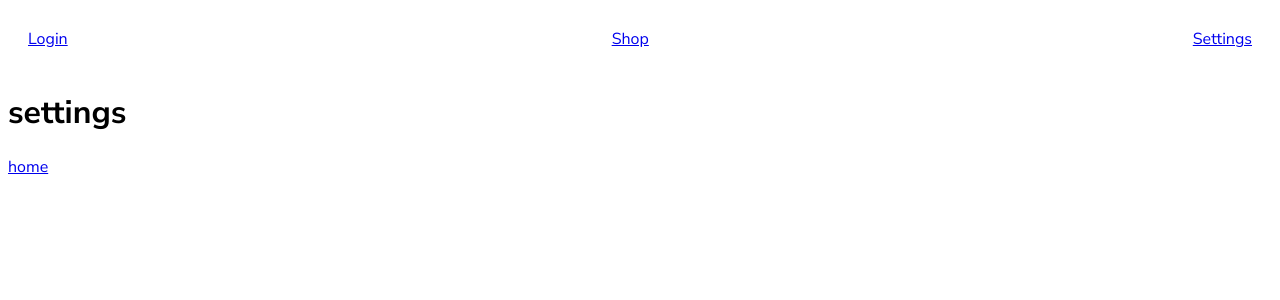
Repository: David-Waite/StudyTimer
Page: /settings
These files come from the project's save history. The page is drawn as it stood at one moment and after the next save; the edit follows.
The browser window is 1280 px wide. The pictures show the whole page.
The project was rebuilt for these pictures with package versions that can differ from the ones it lists, and the page was loaded fresh each time. Also part of the build but not shown: vite.config.js, src/views/LoginView.vue, src/stores/timer.js, src/components/TimerItem.vue, src/views/HomeView.vue, src/views/ShopView.vue, src/views/SignupView.vue.

Above is the page before, as saved 2024-04-17 17:59:02.

### src/main.js
import './assets/main.css'

import { createApp } from 'vue'
import { createPinia } from 'pinia'

import App from './App.vue'
import router from './router'
const app = createApp(App)

import { initializeApp } from 'firebase/app'
import { getFirestore } from 'firebase/firestore'
const firebaseConfig = {
  apiKey: 'AIzaSyDIrjlSH1FTxcHbbijQK5LTi-fJHY5x5Rc',
  authDomain: 'studytimer-24827.firebaseapp.com',
  projectId: 'studytimer-24827',
  storageBucket: 'studytimer-24827.appspot.com',
  messagingSenderId: '294964216380',
  appId: '1:294964216380:web:881cc678b0b004a550f939',
  measurementId: 'G-QZWGJ01WY5'
}

// Initialize Firebase app
initializeApp(firebaseConfig)

const firebaseApp = initializeApp(firebaseConfig)
const db = getFirestore(firebaseApp)

app.use(createPinia())

app.use(router)

app.mount('#app')
export default db

### src/App.vue
<script setup>
import { RouterView } from 'vue-router'
import NavItem from './components/NavItem.vue'
</script>

<template>
  <NavItem />
  <RouterView />
</template>

<style scoped></style>

### src/router/index.js
import { createRouter, createWebHistory } from 'vue-router'
import LoginView from '../views/LoginView.vue'
import HomeView from '@/views/HomeView.vue'
import ShopView from '@/views/ShopView.vue'
import SettingsView from '@/views/SettingsView.vue'
import SignupView from '@/views/SignupView.vue'

const router = createRouter({
  history: createWebHistory(import.meta.env.BASE_URL),
  routes: [
    {
      path: '/login',
      name: 'login',
      component: LoginView
    },
    {
      path: '/signup',
      name: 'signup',
      component: SignupView
    },
    {
      path: '/',
      name: 'home',
      component: HomeView
    },
    {
      path: '/shop',
      name: 'shop',
      component: ShopView
    },
    {
      path: '/settings',
      name: 'settings',
      component: SettingsView
    }
  ]
})

export default router

### src/assets/base.css
/* color palette from <https://github.com/vuejs/theme>
:root {
  --vt-c-white: #ffffff;
  --vt-c-white-soft: #f8f8f8;
  --vt-c-white-mute: #f2f2f2;

  --vt-c-black: #181818;
  --vt-c-black-soft: #222222;
  --vt-c-black-mute: #282828;

  --vt-c-indigo: #2c3e50;

  --vt-c-divider-light-1: rgba(60, 60, 60, 0.29);
  --vt-c-divider-light-2: rgba(60, 60, 60, 0.12);
  --vt-c-divider-dark-1: rgba(84, 84, 84, 0.65);
  --vt-c-divider-dark-2: rgba(84, 84, 84, 0.48);

  --vt-c-text-light-1: var(--vt-c-indigo);
  --vt-c-text-light-2: rgba(60, 60, 60, 0.66);
  --vt-c-text-dark-1: var(--vt-c-white);
  --vt-c-text-dark-2: rgba(235, 235, 235, 0.64);
}

/* semantic color variables for this project
:root {
  --color-background: var(--vt-c-white);
  --color-background-soft: var(--vt-c-white-soft);
  --color-background-mute: var(--vt-c-white-mute);

  --color-border: var(--vt-c-divider-light-2);
  --color-border-hover: var(--vt-c-divider-light-1);

  --color-heading: var(--vt-c-text-light-1);
  --color-text: var(--vt-c-text-light-1);

  --section-gap: 160px;
}

@media (prefers-color-scheme: dark) {
  :root {
    --color-background: var(--vt-c-black);
    --color-background-soft: var(--vt-c-black-soft);
    --color-background-mute: var(--vt-c-black-mute);

    --color-border: var(--vt-c-divider-dark-2);
    --color-border-hover: var(--vt-c-divider-dark-1);

    --color-heading: var(--vt-c-text-dark-1);
    --color-text: var(--vt-c-text-dark-2);
  }
}

*,
*::before,
*::after {
  box-sizing: border-box;
  margin: 0;
  font-weight: normal;
}

body {
  min-height: 100vh;
  color: var(--color-text);
  background: var(--color-background);
  transition:
    color 0.5s,
    background-color 0.5s;
  line-height: 1.6;
  font-family:
    Inter,
    -apple-system,
    BlinkMacSystemFont,
    'Segoe UI',
    Roboto,
    Oxygen,
    Ubuntu,
    Cantarell,
    'Fira Sans',
    'Droid Sans',
    'Helvetica Neue',
    sans-serif;
  font-size: 15px;
  text-rendering: optimizeLegibility;
  -webkit-font-smoothing: antialiased;
  -moz-osx-font-smoothing: grayscale;
} */

@import url('https://fonts.googleapis.com/css2?family=Nunito+Sans:ital,opsz,wght@0,6..12,200..1000;1,6..12,200..1000&display=swap');

* {
  font-family: 'Nunito Sans', sans-serif;
  font-optical-sizing: auto;
}

### src/components/NavItem.vue
<script setup>
import { RouterLink } from 'vue-router'
import { getAuth, onAuthStateChanged, signOut } from 'firebase/auth'
import router from '@/router'
</script>

<script>
export default {
  data() {
    return {
      auth: '',
      isLoggedIn: false
    }
  },
  methods: {
    handleSignOut() {
      signOut(this.auth)
      router.push('/signup')
    }
  },
  mounted() {
    this.auth = getAuth()
    onAuthStateChanged(this.auth, (user) => {
      if (user) {
        this.isLoggedIn = true
      } else {
        this.isLoggedIn = false
      }
    })
  }
}
</script>

<template>
  <div class="navContainer">
    <RouterLink v-if="!isLoggedIn" to="/login">Login</RouterLink>
    <button v-if="isLoggedIn" @click="handleSignOut">log out</button>
    <RouterLink to="/shop">Shop</RouterLink>
    <RouterLink to="/settings">Settings</RouterLink>
  </div>
</template>

<style scoped>
.navContainer {
  padding: 20px;
  display: flex;
  justify-content: space-between;
}
</style>

### src/views/SettingsView.vue
<template>
  <h1>settings</h1>
  <RouterLink to="/">home</RouterLink>
</template>

<script setup>
import { RouterLink } from 'vue-router'
import { usePomodoroSettingsStore } from '@/stores/settings'
const settings = usePomodoroSettingsStore()
</script>

<script>
export default {
  data() {
    return {
      pomodoroTime: 0.15,
      shortRest: 0.1,
      longRest: 30,
      pomodoroTillLongRest: 4
    }
  }
}
</script>
<style></style>

### src/stores/settings.js
import { defineStore } from 'pinia'

export const usePomodoroSettingsStore = defineStore('settings', {
  state: () => {
    return { pomodoroTime: 0.15, shortRest: 0.1, longRest: 30, pomodoroTillLongRest: 4 }
  },

  actions: {
    setPomodoro(mintues) {
      this.pomodoroTime = mintues
    },
    setShortRest(mintues) {
      this.shortRest = mintues
    },
    setLongRest(mintues) {
      this.longRest = mintues
    },
    setPomodoroTillLongRest(amount) {
      this.pomodoroTillLongRest = amount
    }
  }
})

Loaded but not shown: index.html (common file); src/assets/main.css (common file)

After the next save:
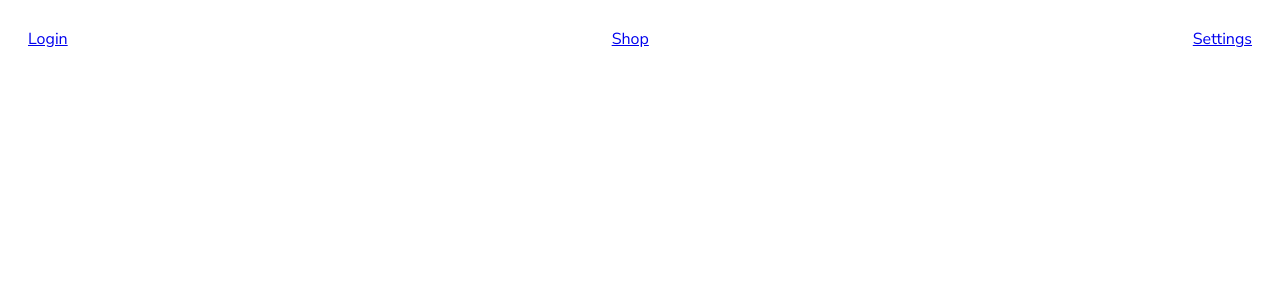
Console error: ReferenceError: settings is not defined
Saved 27 s later.
--- a/src/views/SettingsView.vue
+++ b/src/views/SettingsView.vue
@@ -13,10 +13,10 @@
 export default {
   data() {
     return {
-      pomodoroTime: 0.15,
-      shortRest: 0.1,
-      longRest: 30,
-      pomodoroTillLongRest: 4
+      pomodoroTime: settings.pomodoroTime,
+      shortRest: settings.shortRest,
+      longRest: settings.longRest,
+      pomodoroTillLongRest: settings.pomodoroTillLongRest
     }
   }
 }

After the 5 saves that followed:
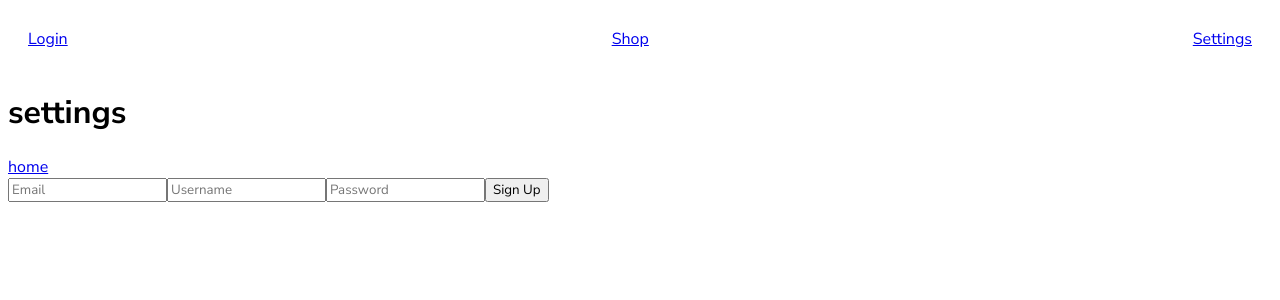
The error is gone.
The 5 saves are shown as one change because 3 left the picture as it was and some came seconds apart.
The last was saved 57 s later.
--- a/src/views/SettingsView.vue
+++ b/src/views/SettingsView.vue
@@ -1,17 +1,23 @@
 <template>
   <h1>settings</h1>
   <RouterLink to="/">home</RouterLink>
+  <form @submit.prevent="registerUser">
+    <input v-model="number" type="email" placeholder="Email" required />
+    <input v-model="number" type="text" placeholder="Username" required />
+    <input v-model="number" type="password" placeholder="Password" required />
+    <button type="submit">Sign Up</button>
+  </form>
 </template>
 
 <script setup>
 import { RouterLink } from 'vue-router'
 import { usePomodoroSettingsStore } from '@/stores/settings'
-const settings = usePomodoroSettingsStore()
 </script>
 
 <script>
 export default {
   data() {
+    const settings = usePomodoroSettingsStore()
     return {
       pomodoroTime: settings.pomodoroTime,
       shortRest: settings.shortRest,
